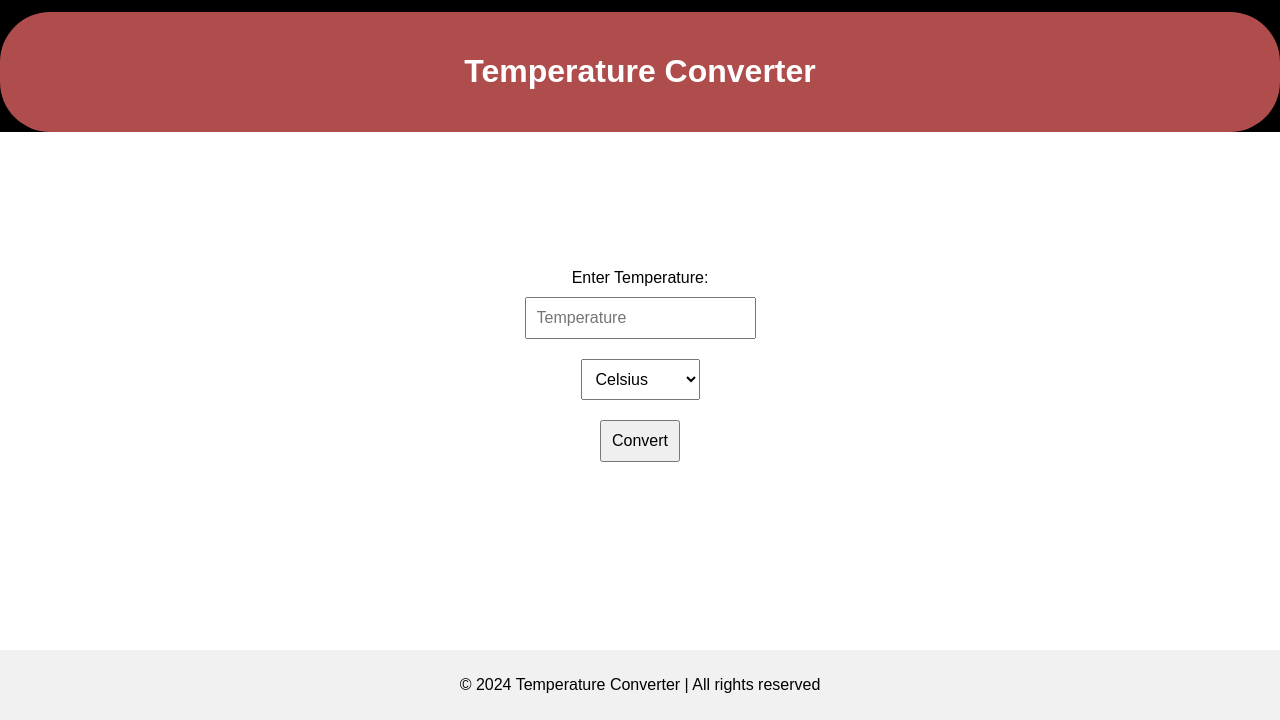
Repository: akhiranandan-04/Temperature-Converter
Page: index.html
An editor plug-in stored every save of this project. The page is shown before and after the next save, followed by the edit.
The browser window is 1280 px wide. The pictures show the whole page.

Above is the page before, as saved 2024-10-19 13:13:43.

After the next save:
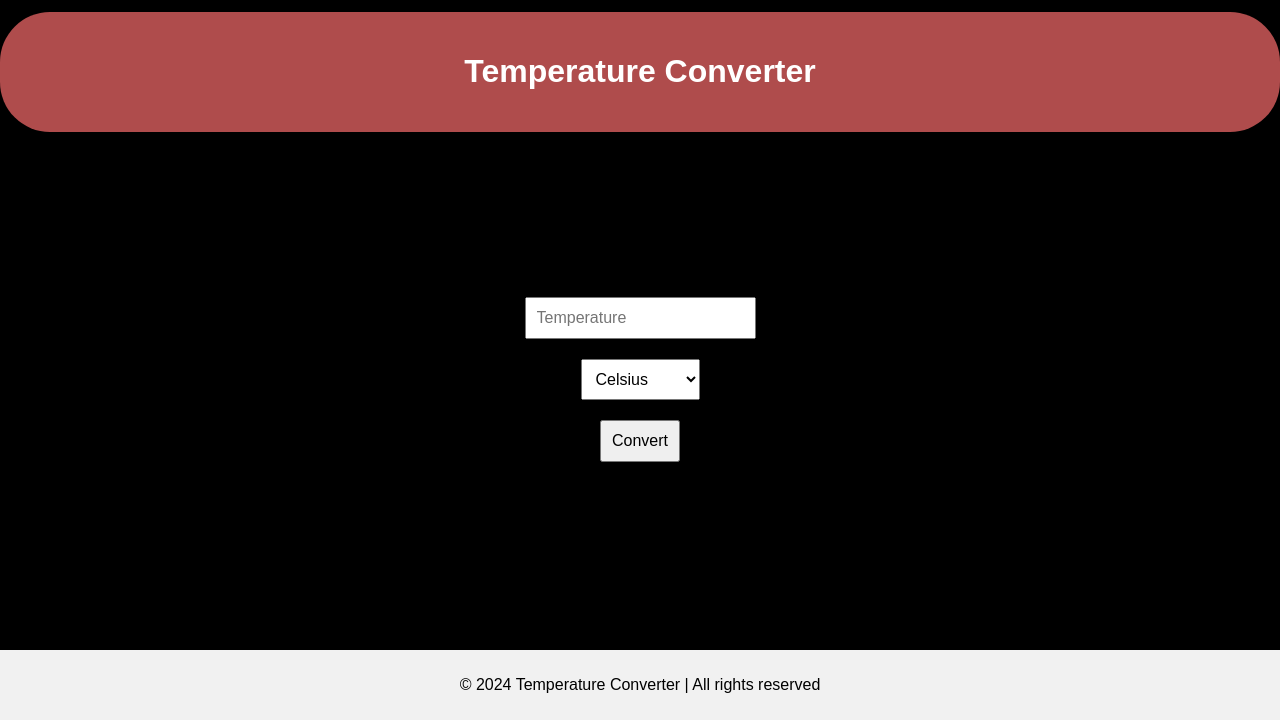
Saved 11 s later.
--- a/style.css
+++ b/style.css
@@ -23,7 +23,7 @@ header {
     align-items: center;
     justify-content: center;
     flex: 1;
-    background-color:white;
+    background-color:black;
 }
 
 .converter input, .converter select, .converter button {
